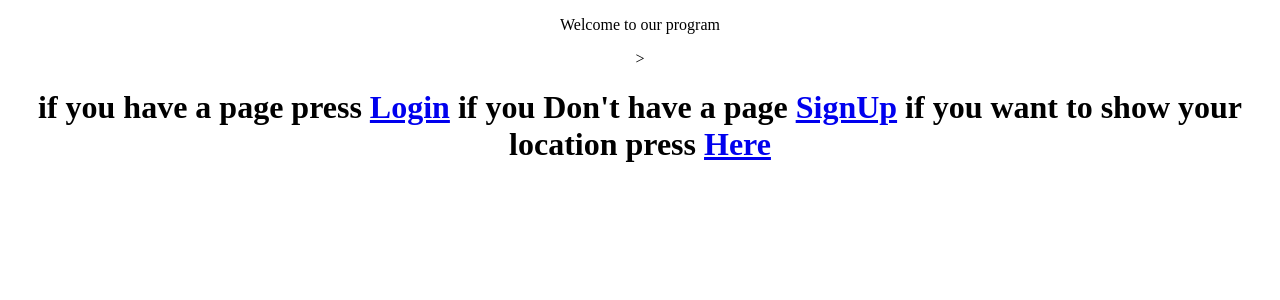
Repository: Mohammed7852/eclipse_Materials
Page: http://localhost/FCISquareApp/WEB-INF/jsp/welcome.jsp
An editor plug-in stored every save of this project. The page is shown before and after the next save, followed by the edit.
The browser window is 1280 px wide. The pictures show the whole page.
The page is served by Tomcat 9. Nobody is signed in. Other server files are loaded and not shown. The template is opened directly, without the code that normally fills it, so the values that code supplies are empty.

Above is the page before, as saved 2016-03-26 17:08:54.

### eclips/FCISquareApp/WebContent/WEB-INF/jsp/welcome.jsp
<%@ page language="java" contentType="text/html; charset=windows-1256"
	pageEncoding="windows-1256"%>
<!DOCTYPE html PUBLIC "-//W3C//DTD HTML 4.01 Transitional//EN" "http://www.w3.org/TR/html4/loose.dtd">
<html>
<title>HomePage</title>
<center><p>Welcome to our program</p>></center>

<body>

<center>
<h1>if  you have a page press  <a href="/FCISquareApp/app/Login">Login</a>
    if you Don't have a page <a href="/FCISquareApp/app/signUp">SignUp</a>
    if you want to show your location press <a href ="FCISquareApp/app/showLocation">Here</a>

</h1>

</center>


</body>
</html>

After the next save:
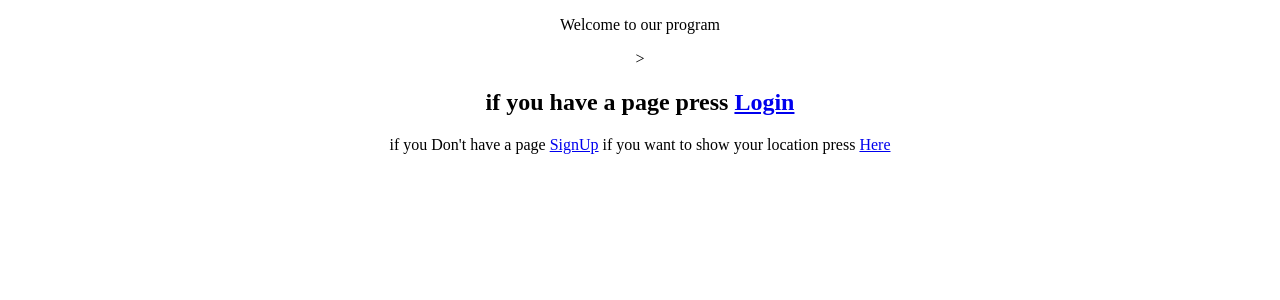
Saved 90 s later.
--- a/eclips/FCISquareApp/WebContent/WEB-INF/jsp/welcome.jsp
+++ b/eclips/FCISquareApp/WebContent/WEB-INF/jsp/welcome.jsp
@@ -8,9 +8,16 @@
 <body>
 
 <center>
-<h1>if  you have a page press  <a href="/FCISquareApp/app/Login">Login</a>
-    if you Don't have a page <a href="/FCISquareApp/app/signUp">SignUp</a>
+<h1>
+	<h2>if  you have a page press
+	<a href="/FCISquareApp/app/Login">Login</a>
+	</h2>
+
+   </h2>  if you Don't have a page <a href="/FCISquareApp/app/signUp">SignUp</a> </h2>
+
     if you want to show your location press <a href ="FCISquareApp/app/showLocation">Here</a>
+
+
 
 </h1>
 
